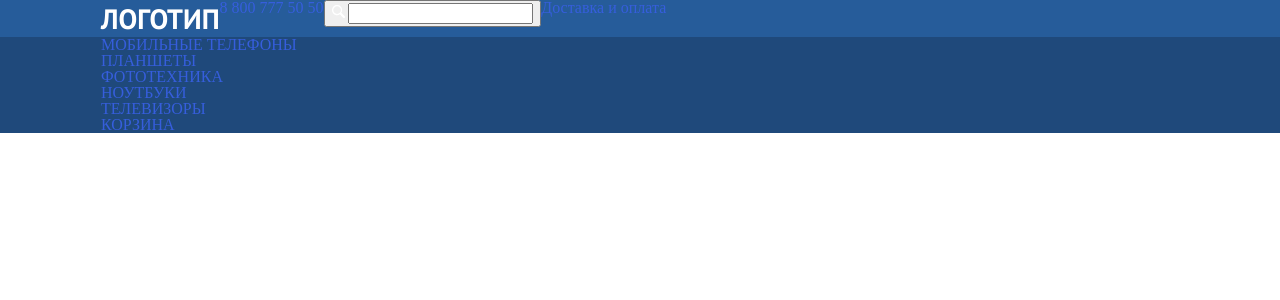
Repository: sem1103/WEBCompany
Page: index.html
These files come from the project's save history. The page is drawn as it stood at one moment and after the next save; the edit follows.
The browser window is 1280 px wide. The pictures show the whole page.

Above is the page before, as saved 2024-01-11 18:37:07.

### index.html
<!DOCTYPE html>
<html lang="en">

<head>
    <meta charset="UTF-8">
    <meta name="viewport" content="width=device-width, initial-scale=1.0">
    <title>Интернет магазин</title>

    <link rel="preconnect" href="https://fonts.googleapis.com">
    <link rel="preconnect" href="https://fonts.gstatic.com" crossorigin>
    <link href="https://fonts.googleapis.com/css2?family=PT+Sans:wght@400;700&display=swap" rel="stylesheet">

    <link rel="stylesheet" href="styles/reset.css">
    <link rel="stylesheet" href="styles/main.css">
</head>

<body>
    <div id="page">
        <header>
            <div class="container">
                <div class="header__logo">
                    <span>ЛОГОТИП</span>
                </div>
                <p class="phone__number"><a href="tel:+78007775050">8 800 777 50 50</a></p>
                <div class="search__items">
                    <button>
                        <svg xmlns="http://www.w3.org/2000/svg" width="13" height="13" viewBox="0 0 13 13" fill="none">
                            <path
                                d="M8.68135 1.48741C6.69814 -0.495804 3.4703 -0.495804 1.48709 1.48741C-0.495696 3.47106 -0.495696 6.69846 1.48709 8.6821C3.2532 10.4478 6.00382 10.6369 7.98574 9.25819C8.02744 9.45553 8.12289 9.64383 8.27637 9.79731L11.1646 12.6855C11.5855 13.1055 12.2656 13.1055 12.6843 12.6855C13.1048 12.265 13.1048 11.5849 12.6843 11.1657L9.79613 8.27669C9.64351 8.1245 9.45477 8.02863 9.25744 7.98692C10.6371 6.00457 10.4479 3.25438 8.68135 1.48741ZM7.76949 7.77024C6.28885 9.25089 3.87916 9.25089 2.39895 7.77024C0.919166 6.2896 0.919166 3.88034 2.39895 2.3997C3.87916 0.919489 6.28885 0.919489 7.76949 2.3997C9.25013 3.88034 9.25013 6.2896 7.76949 7.77024Z"
                                fill="white" />
                        </svg>
                        <input type="text" name="itemName">
                    </button>
                </div>
                <p class="delivery"><a href="">Доставка и оплата</a></p>
                <a href="" class="mobile__cart">
                    <svg xmlns="http://www.w3.org/2000/svg" width="21" height="20" viewBox="0 0 21 20" fill="none">
                        <path d="M20.1372 3.64139H3.71775L3.47368 0.816059C3.43376 0.354025 3.0611 0 2.61469 0H0.862433C0.386124 0 0 0.401223 0 0.896159C0 1.39109 0.386124 1.79232 0.862433 1.79232H1.82622C2.35292 7.8897 0.991675 -7.86977 2.81815 13.2755C2.88854 14.1031 3.31889 15.0012 4.06025 15.6114C2.72361 17.3851 3.94489 20 6.11917 20C7.92379 20 9.19662 18.1298 8.57776 16.3584H13.298C12.6799 18.1275 13.95 20 15.7566 20C17.1983 20 18.3713 18.7812 18.3713 17.2831C18.3713 15.7849 17.1983 14.5661 15.7566 14.5661H6.125C5.46988 14.5661 4.89899 14.1554 4.65258 13.557L18.4354 12.7153C18.8117 12.6924 19.13 12.4181 19.2215 12.0381L20.9739 4.75489C21.1097 4.19014 20.6983 3.64139 20.1372 3.64139ZM6.11917 18.2077C5.62857 18.2077 5.22939 17.7929 5.22939 17.2831C5.22939 16.7732 5.62857 16.3584 6.11917 16.3584C6.60981 16.3584 7.009 16.7732 7.009 17.2831C7.009 17.7929 6.60981 18.2077 6.11917 18.2077ZM15.7565 18.2077C15.2659 18.2077 14.8667 17.7929 14.8667 17.2831C14.8667 16.7732 15.2659 16.3584 15.7565 16.3584C16.2472 16.3584 16.6464 16.7732 16.6464 17.2831C16.6464 17.7929 16.2472 18.2077 15.7565 18.2077ZM17.7018 10.9648L4.42042 11.7758L3.87257 5.43367H19.0326L17.7018 10.9648Z" fill="white"/>
                      </svg>
                </a>
            </div>

            <nav>
                <ul class="container">
                    <li><a href="">МОБИЛЬНЫЕ ТЕЛЕФОНЫ</a></li>
                    <li><a href="">ПЛАНШЕТЫ</a></li>
                    <li><a href="">ФОТОТЕХНИКА</a></li>
                    <li><a href="">НОУТБУКИ</a></li>
                    <li><a href="">ТЕЛЕВИЗОРЫ</a></li>

                    <li class="desc__cart"><a href="">КОРЗИНА</a></li>
                </ul>
            </nav>
        </header>
    </div>
</body>

</html>

### styles/reset.css
:root{
    --green: #57aa32;
    --gray: #2e2d2c;
}
html{
    scroll-behavior: smooth;
}
html,
body,
div,
span,
applet,
object,
iframe,
h1,
h2,
h3,
h4,
h5,
h6,
p,
blockquote,
pre,
a,
abbr,
acronym,
address,
big,
cite,
code,
del,
dfn,
em,
img,
ins,
kbd,
q,
s,
samp,
small,
strike,
strong,
sub,
sup,
tt,
var,
b,
u,
i,
center,
dl,
dt,
dd,
ol,
ul,
li,
fieldset,
form,
label,
legend,
table,
caption,
tbody,
tfoot,
thead,
tr,
th,
td,
article,
aside,
canvas,
details,
embed,
figure,
figcaption,
footer,
header,
hgroup,
menu,
nav,
output,
ruby,
section,
summary,
time,
mark,
audio,
video {
    margin: 0;
    padding: 0;
    border: 0;
    font-size: 100%;
    font: inherit;
    vertical-align: baseline
}

article,
aside,
details,
figcaption,
figure,
footer,
header,
hgroup,
menu,
nav,
section {
    display: block
}

body {
    line-height: 1;
}

ol,
ul {
    list-style: none
}

blockquote,
q {
    quotes: none
}

blockquote:before,
blockquote:after,
q:before,
q:after {
    content: '';
    content: none
}

table {
    border-collapse: collapse;
    border-spacing: 0
}

a {
    text-decoration: none;
    color: #365edc;
    transition: all .3s ease-in-out
}

a:hover {
    color: #365edc;
}

* {
    box-sizing: border-box
}

main img{
    width: 100%;
    height: auto;
}

### styles/main.css

:root{
   --blue: #265C9A;
   --darkBlue: #1F497B;
}
.container{
    max-width: 1078px;
    margin: 0 auto;
}
header{
    background: var(--blue);
}
nav{
    background: var(--darkBlue);
}
header > div{
    display: flex;
}
.header__logo span{
    font:700 28px 'PT Sans';
    color: #fff;
}


.mobile__cart{
    display: none;
}

After the next save:
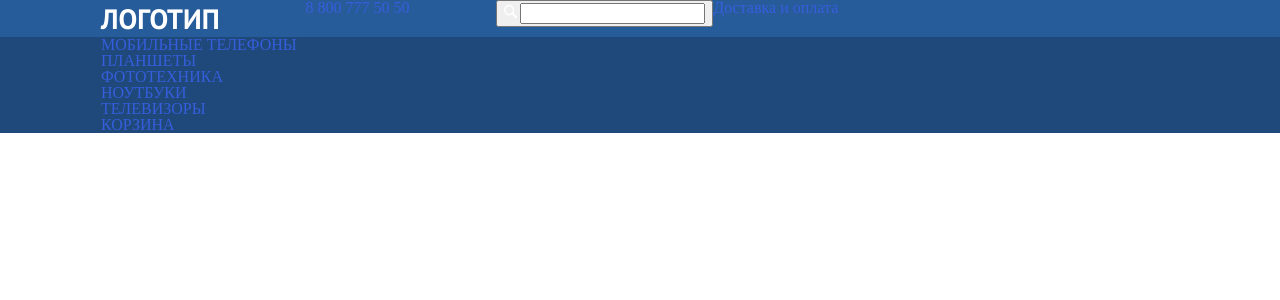
Saved 52 s later.
--- a/styles/main.css
+++ b/styles/main.css
@@ -20,6 +20,9 @@ header > div{
     font:700 28px 'PT Sans';
     color: #fff;
 }
+.phone__number{
+    margin: 0 86px;
+}
 
 
 .mobile__cart{
